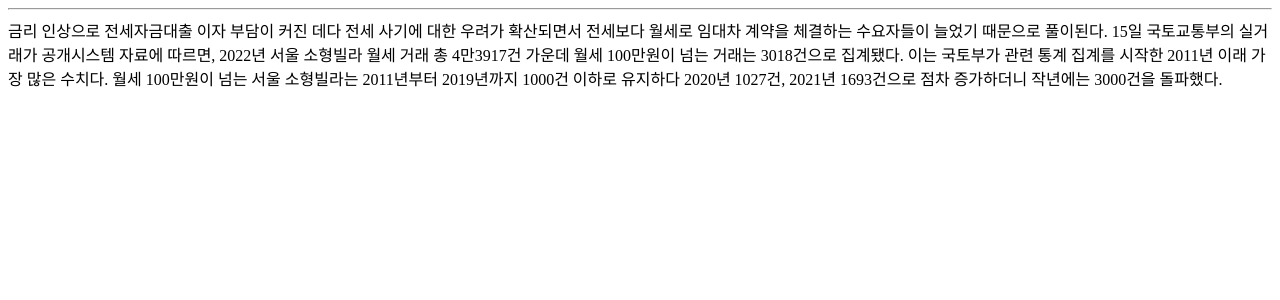
Repository: KangSuA/JSP
Page: webApp/src/main/webapp/jquery/jq11_event_change.html
An editor plug-in stored every save of this project. The page is shown before and after the next save, followed by the edit.
The browser window is 1280 px wide. The pictures show the whole page.

Above is the page before, as saved 2023-02-15 05:23:59.

After the next save:
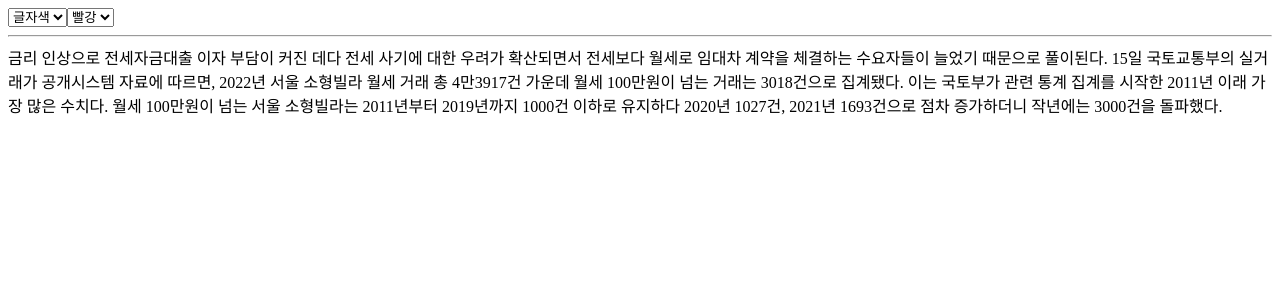
Saved 16 min 18 s later.
--- a/webApp/src/main/webapp/jquery/jq11_event_change.html
+++ b/webApp/src/main/webapp/jquery/jq11_event_change.html
@@ -4,6 +4,28 @@
 <meta charset="UTF-8">
 <title>Insert title here</title>
 <script src="https://cdnjs.cloudflare.com/ajax/libs/jquery/3.6.3/jquery.min.js" ></script>
+<script>
+	$(function(){
+		//글자색, 배경색 선택할 수 있는 select태그
+		var sel = "<select>";
+			sel += "<option values='color'>글자색</option>";
+			sel += "<option values='background-color'>배경색</option>";
+			sel += "</select>";
+
+		//컬러명
+		var rgb = ['rgb(255,0,0)','blue','#0f0','#888','pink','cyan','orange','yellow'];
+		var colorName = ['빨강','파랑','초록','회색','분홍','청록','주황','노랑']
+
+		var colorSel ='<select>';
+		rgb.map(function(data, idx){
+			colorSel += "<option value='"+data+"'>"+colorName[idx]+"</option>";
+		});
+		colorSel += "</select>";
+
+		$('#menu').append(sel);
+		$('#menu').append(colorSel);
+	});
+</script>
 </head>
 <body>
 <div id='menu'></div>
